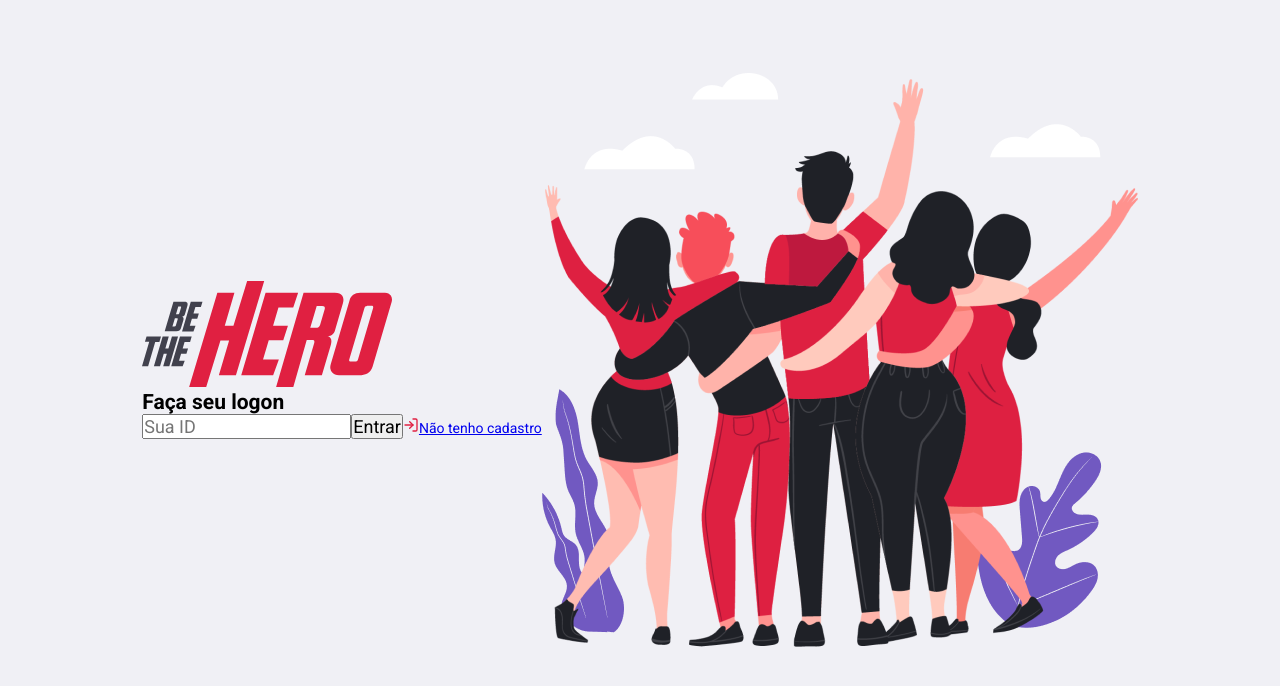
Repository: leandrohv/omnistack11-be-the-hero
Page: / (app in frontend/)
These files come from the project's save history. The page is drawn as it stood at one moment and after the next save; the edit follows.
The browser window is 1280 px wide. The pictures show the whole page.
The project was rebuilt for these pictures with package versions that can differ from the ones it lists, and the page was loaded fresh each time.

Above is the page before, as saved 2020-03-26 00:09:33.

After the next save:
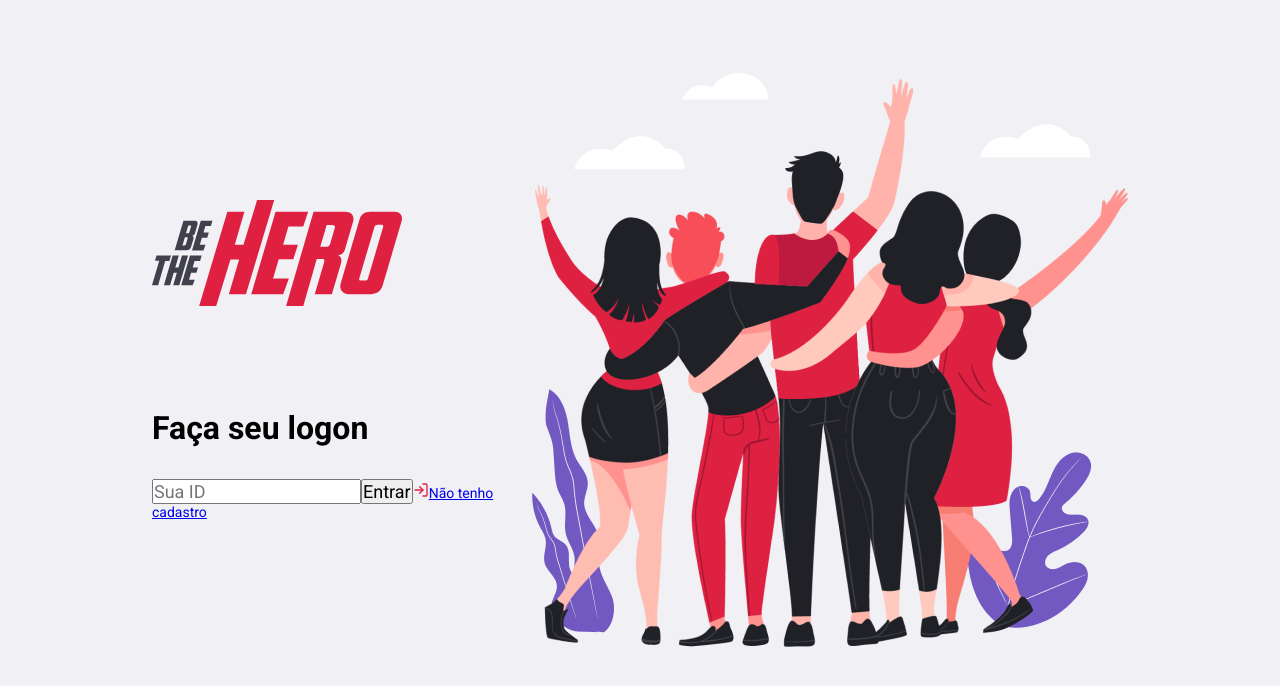
Saved 2 min 44 s later.
--- a/frontend/src/pages/Logon/styles.css
+++ b/frontend/src/pages/Logon/styles.css
@@ -8,3 +8,18 @@
     align-items: center;
     justify-content: center;
 }
+
+.logon-container section.form {
+    width: 100%;
+    max-width: 350px;
+    margin-right: 30px;
+}
+
+.logon-container section.form form {
+    margin-top: 100px;
+}
+
+.logon-container section.form form h1 {
+    font-size: 32px;
+    margin-bottom: 32px;
+}
